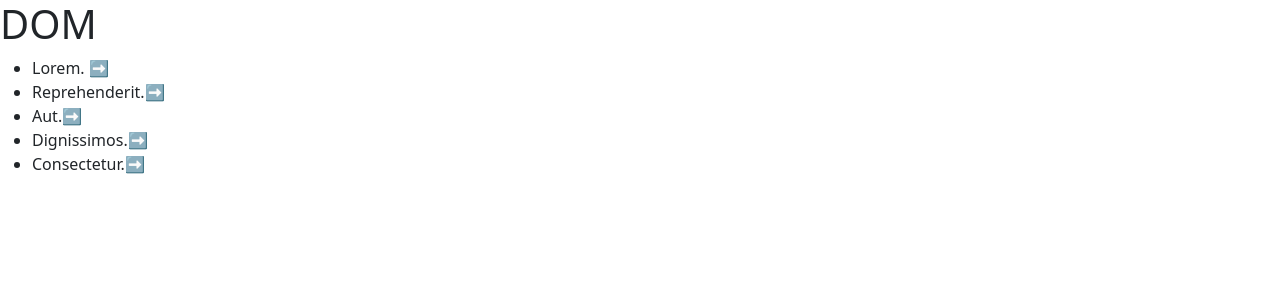
Repository: GorkemTurhan89/jsTutorial
Page: day17/71-dom3.html
The author's editor kept a copy of each file at every save. The page is drawn from the files as they stood at one save, then again after a run of saves.
The browser window is 1280 px wide. The pictures show the whole page.
After loading, the first visible `span` was clicked once.

Above is the page before, as saved 2024-06-22 23:10:07.

### day17/71-dom3.html
<!DOCTYPE html>
<html lang="en">
<head>
    <meta charset="UTF-8">
    <meta name="viewport" content="width=device-width, initial-scale=1.0">
    <title>DOM</title>
    <link href="https://cdn.jsdelivr.net/npm/bootstrap@5.3.3/dist/css/bootstrap.min.css" rel="stylesheet" integrity="sha384-QWTKZyjpPEjISv5WaRU9OFeRpok6YctnYmDr5pNlyT2bRjXh0JMhjY6hW+ALEwIH" crossorigin="anonymous">
</head>
<body>

    <h1>DOM</h1></header>

    <main>
        <ul id="employeeList" class="list"><!-- comment -->
            <li>Lorem. <span>➡️</span></li>
            <li>Reprehenderit.<span>➡️</span></li>
            <li>Aut.<span>➡️</span></li>
            <li>Dignissimos.<span id="btn">➡️</span></li>
            <li>Consectetur.<span>➡️</span></li>
        </ul>
    </main>


    <script>
    //closet
        const btn = document.getElementById("btn");
        btn.closest("main").classList.add("hello");
        //17.video 1.39
        const spans = document.querySelectorAll("#employeeList span");
        console.log(spans);

        spans.forEach(span=>{
        span.addEventListener("click",()=>{
            span.closest("li")
        })
})
    </script>
</body>
</html>

After the next 2 saves:
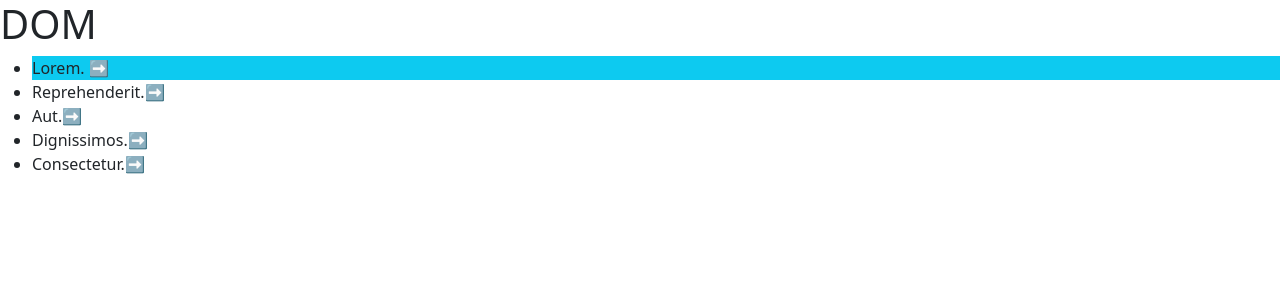
The 2 saves are shown as one change because they came seconds apart.
The last was saved 13 s later.
--- a/day17/71-dom3.html
+++ b/day17/71-dom3.html
@@ -31,7 +31,7 @@
 
         spans.forEach(span=>{
         span.addEventListener("click",()=>{
-            span.closest("li")
+            span.closest("li").classList.add("bg-info");
         })
 })
     </script>
